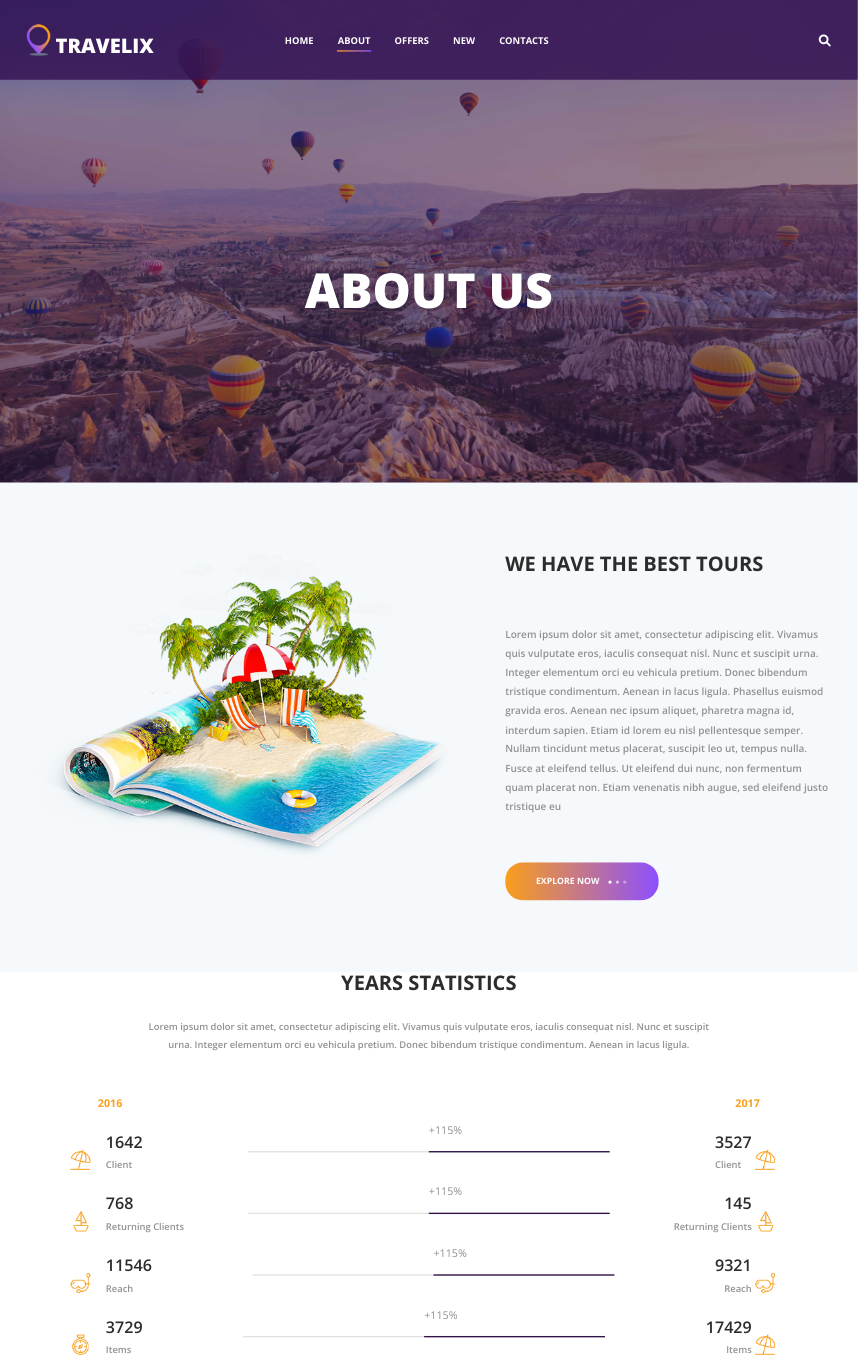
Repository: phamhuuloc/Travelix_Template
Page: about.html
These files come from the project's save history. The page is drawn as it stood at one moment and after the next save; the edit follows.
The browser window is 1280 px wide. The pictures show the whole page, at 67% of full size.
Backgrounds fixed to the window are drawn as part of the page. Some web fonts or font styles are not loaded; a fallback is used.

Above is the page before, as saved 2021-10-13 10:00:54.

### about.html
<!DOCTYPE html>
<html lang="en">
  <head>
    <meta charset="UTF-8" />
    <meta http-equiv="X-UA-Compatible" content="IE=edge" />
    <meta name="viewport" content="width=device-width, initial-scale=1.0" />
    <title>Document</title>
    <link rel="shortcut icon" href="./assets/img/logo.png" />
    <link
      href="https://fonts.googleapis.com/css2?family=Caramel&display=swap"
      rel="stylesheet"
    />
    <!-- GOOGLE FONT -->
    <link
      href="https://fonts.googleapis.com/css2?family=Birthstone&display=swap"
      rel="stylesheet"
    />
    <!-- FONT AWESOME -->
    <link
      rel="stylesheet"
      href="https://cdnjs.cloudflare.com/ajax/libs/font-awesome/6.0.0-beta2/css/all.min.css"
      integrity="sha512-YWzhKL2whUzgiheMoBFwW8CKV4qpHQAEuvilg9FAn5VJUDwKZZxkJNuGM4XkWuk94WCrrwslk8yWNGmY1EduTA=="
      crossorigin="anonymous"
      referrerpolicy="no-referrer"
    />
    <!-- CSS -->
    <link rel="stylesheet" href="./assets/css/reset.css" />
    <link rel="stylesheet" href="./assets/css/grid.css" />
    <link rel="stylesheet" href="./assets/css/base.css" />
    <link rel="stylesheet" href="./assets/css/about.css" />
  </head>
  <body>
    <header class="header">
      <div class="header-topbar" style="display: none">
        <div class="grid wide">
          <div class="header-topbar__container">
            <div class="row">
              <div class="col l-6">
                <div class="header-topbar__contact">
                  <ul>
                    <li>
                      <a href="">+84 945 000 917</a>
                    </li>
                    <li>
                      <a href=""><i class="fab fa-pinterest"></i></a>
                    </li>
                    <li>
                      <a href=""><i class="fab fa-facebook-f"></i></a>
                    </li>
                    <li>
                      <a href=""><i class="fab fa-twitter"></i></a>
                    </li>
                    <li>
                      <a href=""><i class="fab fa-dribbble"></i></a>
                    </li>
                    <li>
                      <a href=""><i class="fab fa-behance"></i></a>
                    </li>
                    <li>
                      <a href=""><i class="fab fa-linkedin-in"></i></a>
                    </li>
                  </ul>
                </div>
              </div>
              <div class="col l-6">
                <div class="header-topbar__login">
                  <ul>
                    <li><a href="">Login</a></li>
                    <li><a href="">|</a></li>
                    <li><a href="">Register</a></li>
                  </ul>
                </div>
              </div>
            </div>
          </div>
        </div>
      </div>
      <div class="header-nav">
        <div class="grid wide">
          <div class="header-nav__container">
            <div class="row">
              <div class="col l-3">
                <div class="logo">
                  <a href="" class="logo__link">
                    <img src="./assets/img/logo.png" alt="" />
                    <h2 class="logo__text">Travelix</h2>
                  </a>
                </div>
              </div>
              <div class="col l-6 m-0 c-0">
                <div class="nav-menu">
                  <ul class="nav-menu__list">
                    <li class="nav-menu__item">
                      <a href="index.html" class="nav-menu__link">Home</a>
                    </li>
                    <li class="nav-menu__item active">
                      <a href="./about.html" class="nav-menu__link">About</a>
                    </li>
                    <li class="nav-menu__item">
                      <a href="" class="nav-menu__link">Offers</a>
                    </li>
                    <li class="nav-menu__item">
                      <a href="" class="nav-menu__link">New</a>
                    </li>
                    <li class="nav-menu__item">
                      <a href="" class="nav-menu__link">Contacts</a>
                    </li>
                  </ul>
                </div>
              </div>
              <div class="col l-3">
                <div class="header-search">
                  <i class="fas fa-search header-search__icon"></i>
                </div>
              </div>
            </div>
          </div>
        </div>
      </div>
    </header>
    <div class="home">
      <div
        class="home-background"
        style="background-image: url(./assets/img/about.jpg)"
      ></div>
      <div class="home__title"><h1>About us</h1></div>
    </div>
    <section class="intro">
      <div class="grid wide">
        <div class="intro__container">
          <div class="row">
            <div class="col l-7 intro__img">
              <img src="./assets/img/intro_about.png" alt="" />
            </div>
            <div class="col l-5 intro__content">
              <h2 class="intro__title">WE HAVE THE BEST TOURS</h2>
              <p class="intro__desc">
                Lorem ipsum dolor sit amet, consectetur adipiscing elit. Vivamus
                quis vulputate eros, iaculis consequat nisl. Nunc et suscipit
                urna. Integer elementum orci eu vehicula pretium. Donec bibendum
                tristique condimentum. Aenean in lacus ligula. Phasellus euismod
                gravida eros. Aenean nec ipsum aliquet, pharetra magna id,
                interdum sapien. Etiam id lorem eu nisl pellentesque semper.
                Nullam tincidunt metus placerat, suscipit leo ut, tempus nulla.
                Fusce at eleifend tellus. Ut eleifend dui nunc, non fermentum
                quam placerat non. Etiam venenatis nibh augue, sed eleifend
                justo tristique eu
              </p>
              <div class="intro__btn">
                <div class="btn">
                  <div class="btn-bg"></div>
                  <a href="#" class="btn-link">
                    explore now
                    <span></span>
                    <span></span>
                    <span></span>
                  </a>
                </div>
              </div>
            </div>
          </div>
        </div>
      </div>
    </section>
    <section class="stats">
      <div class="grid wide">
        <div class="stats__container">
          <h2 class="stats__title">YEARS STATISTICS</h2>
          <div class="wrap_text">
            <p class="stats__text">
              Lorem ipsum dolor sit amet, consectetur adipiscing elit. Vivamus
              quis vulputate eros, iaculis consequat nisl. Nunc et suscipit
              urna. Integer elementum orci eu vehicula pretium. Donec bibendum
              tristique condimentum. Aenean in lacus ligula.
            </p>
          </div>
          <div class="stats__year">
            <div class="stats__year-last">2016</div>
            <div class="stats__year-new">2017</div>
          </div>
          <div class="stats__content">
            <div class="stats__item">
              <div class="stats__last">
                <div class="stats__icon">
                  <img src="./assets/img/stats_1.png" alt="" />
                </div>
                <div class="stats__content">
                  <div class="stats__number">1642</div>
                  <div class="stats__type">Client</div>
                </div>
              </div>
              <div class="stats__bar">
                <div class="stats__bar-perc" style="left: 50%; width: 50%">
                  <div class="stats__bar-value">+115%</div>
                </div>
              </div>
              <div class="stats__new">
                <div class="stats__content">
                  <div class="stats__number">3527</div>
                  <div class="stats__type">Client</div>
                </div>
                <div class="stats__icon">
                  <img src="./assets/img/stats_1.png" alt="" />
                </div>
              </div>
            </div>
            <div class="stats__item">
              <div class="stats__last">
                <div class="stats__icon">
                  <img src="./assets/img/stats_2.png" alt="" />
                </div>
                <div class="stats__last-content">
                  <div class="stats__number">768</div>
                  <div class="stats__type">Returning Clients</div>
                </div>
              </div>
              <div class="stats__bar">
                <div class="stats__bar-perc" style="left: 50%; width: 50%">
                  <div class="stats__bar-value">+115%</div>
                </div>
              </div>
              <div class="stats__new">
                <div class="stats__new-content">
                  <div class="stats__number">145</div>
                  <div class="stats__type">Returning Clients</div>
                </div>
                <div class="stats__icon">
                  <img src="./assets/img/stats_2.png" alt="" />
                </div>
              </div>
            </div>
            <div class="stats__item">
              <div class="stats__last">
                <div class="stats__icon">
                  <img src="./assets/img/stats_3.png" alt="" />
                </div>
                <div class="stats__last-content">
                  <div class="stats__number">11546</div>
                  <div class="stats__type">Reach</div>
                </div>
              </div>
              <div class="stats__bar">
                <div class="stats__bar-perc" style="left: 50%; width: 50%">
                  <div class="stats__bar-value">+115%</div>
                </div>
              </div>
              <div class="stats__new">
                <div class="stats__new-content">
                  <div class="stats__number">9321</div>
                  <div class="stats__type">Reach</div>
                </div>
                <div class="stats__icon">
                  <img src="./assets/img/stats_3.png" alt="" />
                </div>
              </div>
            </div>
            <div class="stats__item">
              <div class="stats__last">
                <div class="stats__icon">
                  <img src="./assets/img/stats_4.png" alt="" />
                </div>
                <div class="stats__last-content">
                  <div class="stats__number">3729</div>
                  <div class="stats__type">Items</div>
                </div>
              </div>
              <div class="stats__bar">
                <div class="stats__bar-perc" style="left: 50%; width: 50%">
                  <div class="stats__bar-value">+115%</div>
                </div>
              </div>
              <div class="stats__new">
                <div class="stats__new-content">
                  <div class="stats__number">17429</div>
                  <div class="stats__type">Items</div>
                </div>
                <div class="stats__icon">
                  <img src="./assets/img/stats_1.png" alt="" />
                </div>
              </div>
            </div>
          </div>
        </div>
      </div>
    </section>
  </body>
</html>

### assets/css/about.css
.home-background {
  background-repeat: no-repeat;
  background-position: bottom center;
  background-attachment: fixed;
  background-size: cover;
}
.home__title {
  position: absolute;
  top: 55%;
  left: 50%;
  transform: translateX(-50%);
}
.home__title h1 {
  font-size: 7.2rem;
  font-weight: 800;
  color: var(--white-color);
  text-transform: uppercase;
}
/* INTRO */
.intro {
  padding: 10.6rem 0;
  background-color: #f6f9fb;
}
.intro__title {
  font-size: 3rem;
  font-weight: 700;
  color: var(--black-color);
  margin-bottom: 7.6rem;
  text-transform: uppercase;
}
.intro__desc {
  font-size: 1.5rem;
  font-weight: 600;
  color: var(--gray-color);
  line-height: 1.9;
}
.intro__btn .btn {
  left: 0;
  transform: translateX(0);
}
.stats__title {
  text-align: center;
  font-size: 3rem;
  font-weight: 700;
  color: var(--black-color);
  margin-bottom: 3.8rem;
}
.wrap_text {
  text-align: center;
  display: flex;
  justify-content: center;
  margin-bottom: 6.6rem;
}
.stats__text {
  font-size: 1.4rem;
  font-weight: 600;
  line-height: 1.9;
  color: var(--gray-color);
  max-width: 84rem;
}
.stats__year {
  display: flex;
  align-items: center;
  justify-content: space-between;
  padding: 0 10.6rem;
  margin-bottom: 3.6rem;
}
.stats__year-last,
.stats__year-new {
  font-size: 1.6rem;
  font-weight: 700;
  color: var(--primary-color);
}
.stats__item {
  display: flex;
  align-items: center;
  justify-content: space-between;
  padding: 0 60px;
  margin-top: 3.8rem;
}
.stats__last {
  display: flex;
  align-items: flex-end;
}
.stats__icon {
  margin-right: 1.8rem;
}
.stats__number {
  font-size: 2.4rem;
  font-weight: 600;
  color: var(--black-color);
  margin-bottom: 1.6rem;
}
.stats__type {
  font-size: 1.4rem;
  font-weight: 600;
  color: var(--gray-color);
}
.stats__new {
  display: flex;
  align-items: flex-end;
}
.stats__last-content {
  text-align: left;
}
.stats__new-content {
  text-align: right;
}
.stats__bar {
  position: relative;
  height: 2px;
  background-color: #e1e1e1;
  width: 50%;
  display: flex;
  flex-direction: column;
}
.stats__bar-value {
  position: absolute;
  top: -40px;
  color: var(--gray-color);
  font-size: 1.6rem;
  text-align: left;
}
.stats__bar-perc {
  position: absolute;
  height: 2px;
  background-color: rgb(49, 18, 75);
}

Loaded but not shown: assets/css/reset.css (common file); assets/css/base.css (441 lines, source omitted); assets/css/grid.css (430 lines, source omitted)

After the next save:
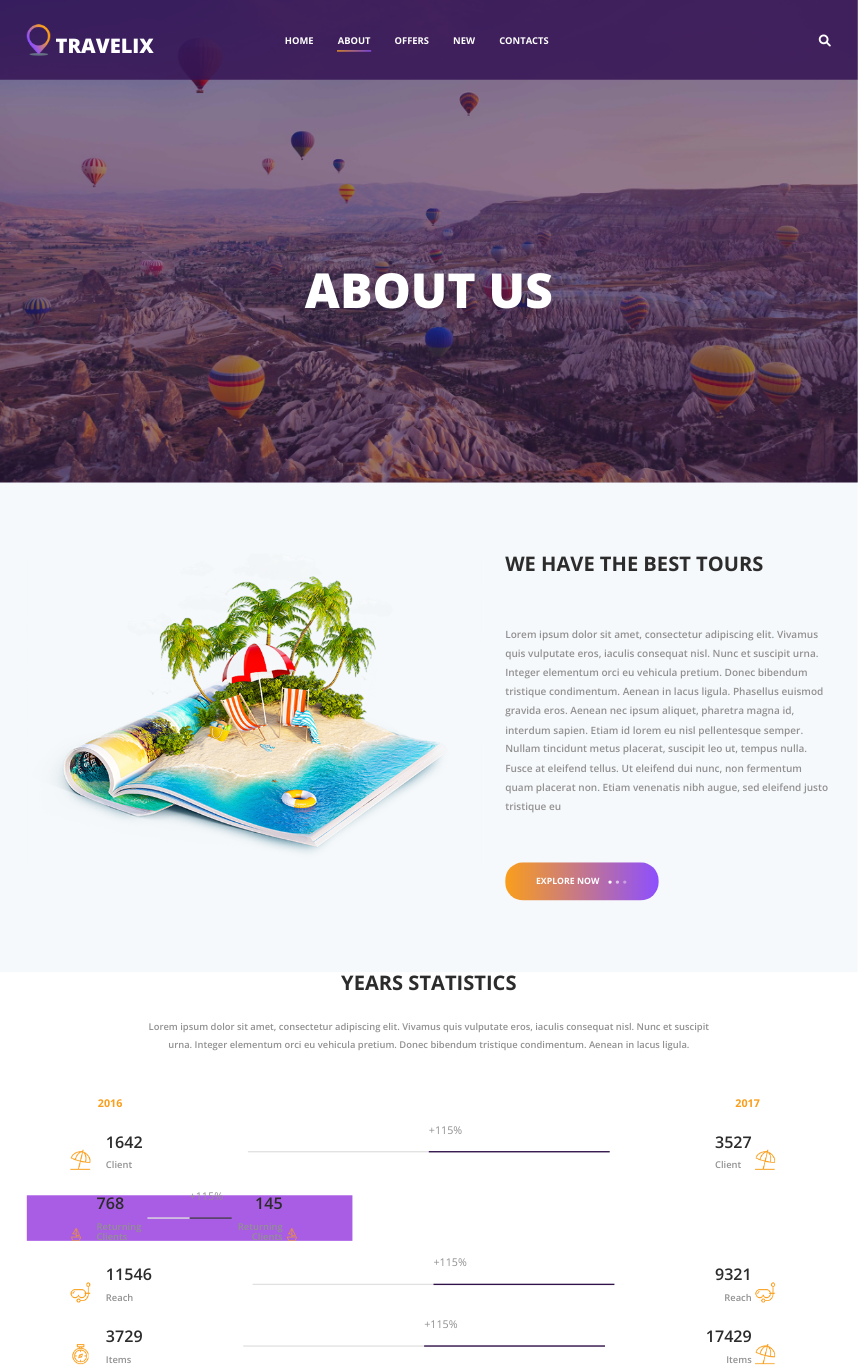
Saved 2 min 46 s later.
--- a/about.html
+++ b/about.html
@@ -204,7 +204,10 @@
                 </div>
               </div>
             </div>
-            <div class="stats__item">
+            <div
+              class="stats__item"
+              style="right: 50%; width: 40.5%; background: rgb(169, 92, 228)"
+            >
               <div class="stats__last">
                 <div class="stats__icon">
                   <img src="./assets/img/stats_2.png" alt="" />

After the save that followed:
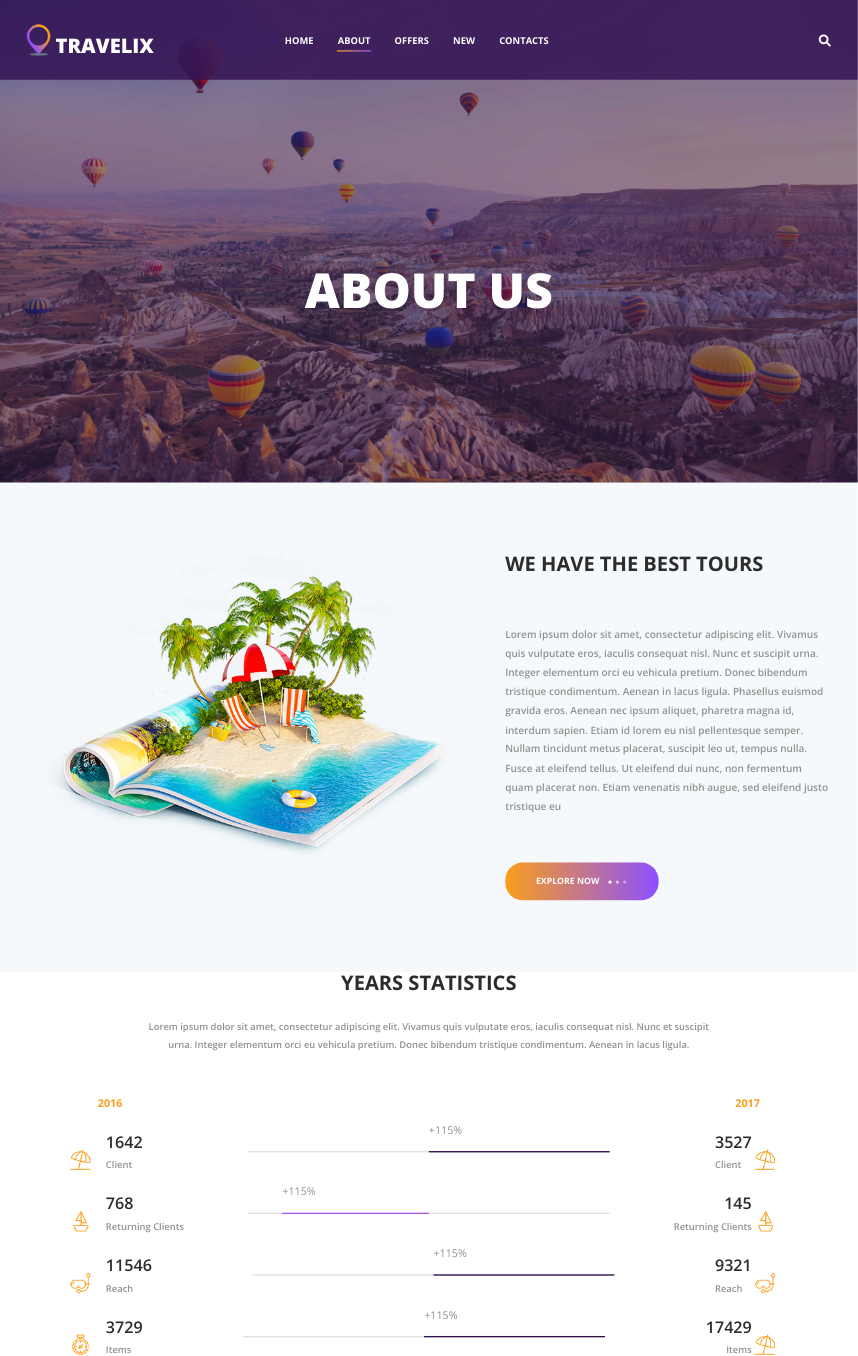
Saved 72 s later.
--- a/about.html
+++ b/about.html
@@ -204,10 +204,7 @@
                 </div>
               </div>
             </div>
-            <div
-              class="stats__item"
-              style="right: 50%; width: 40.5%; background: rgb(169, 92, 228)"
-            >
+            <div class="stats__item">
               <div class="stats__last">
                 <div class="stats__icon">
                   <img src="./assets/img/stats_2.png" alt="" />
@@ -218,7 +215,14 @@
                 </div>
               </div>
               <div class="stats__bar">
-                <div class="stats__bar-perc" style="left: 50%; width: 50%">
+                <div
+                  class="stats__bar-perc"
+                  style="
+                    right: 50%;
+                    width: 40.5%;
+                    background: rgb(169, 92, 228);
+                  "
+                >
                   <div class="stats__bar-value">+115%</div>
                 </div>
               </div>
@@ -248,7 +252,7 @@
                 </div>
               </div>
               <div class="stats__new">
-                <div class="stats__new-content">
+                <div class="stats__content">
                   <div class="stats__number">9321</div>
                   <div class="stats__type">Reach</div>
                 </div>
